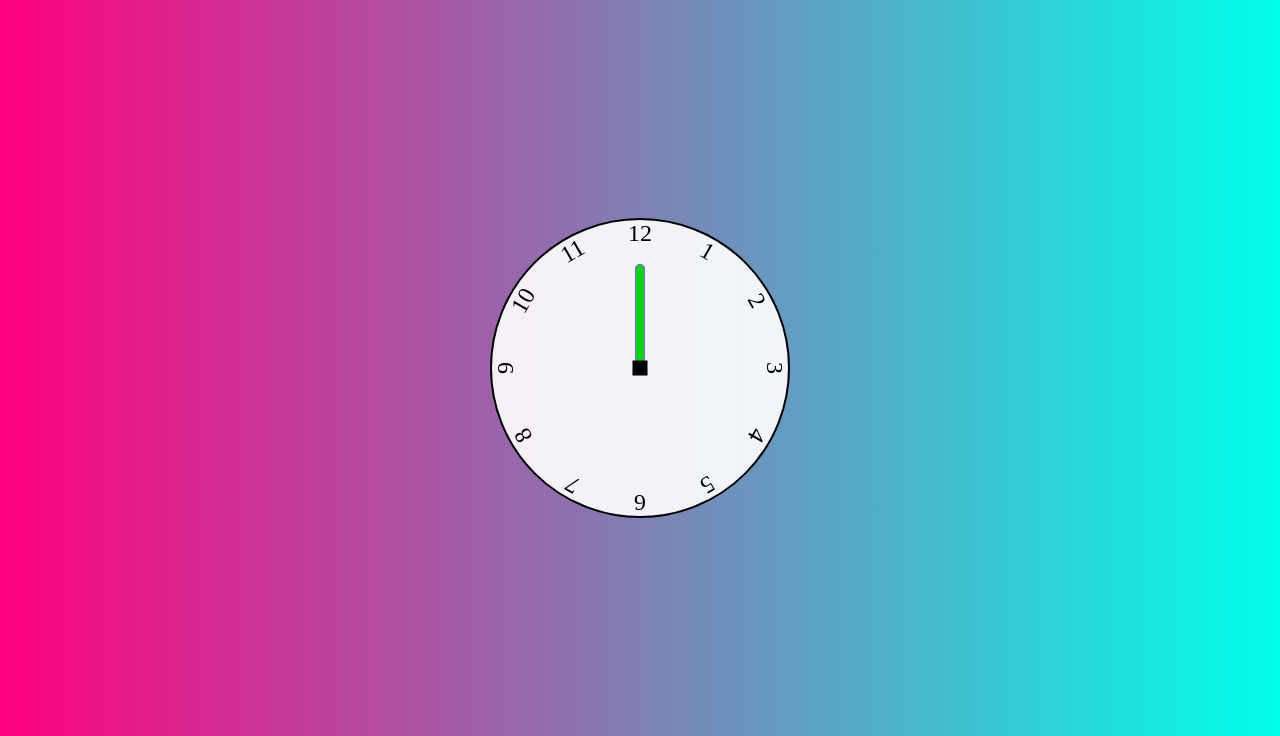
Repository: Okwahi/my-clock
Page: clock.html
The author's editor kept a copy of each file at every save. The page is drawn from the files as they stood at one save, then again after the next save.
The browser window is 1280 px wide. The pictures show the whole page.

Above is the page before, as saved 2023-04-14 11:23:14.

After the next save:
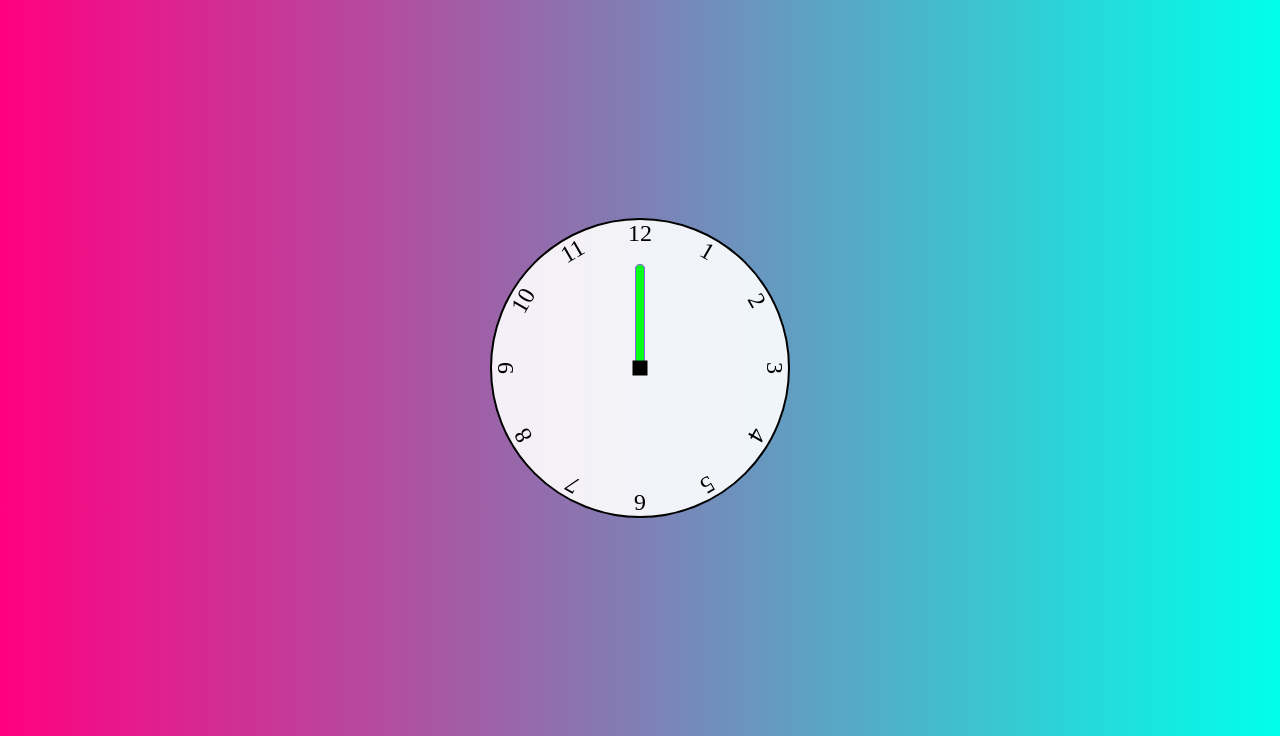
Saved 11 s later.
--- a/clock.css
+++ b/clock.css
@@ -86,5 +86,5 @@ body{
 .clock .hand.hour {
     width: 10px;
     height: 35%;
-    background-color: rgb(9, 209, 26);
+    background-color: rgb(9, 253, 29);
 }
